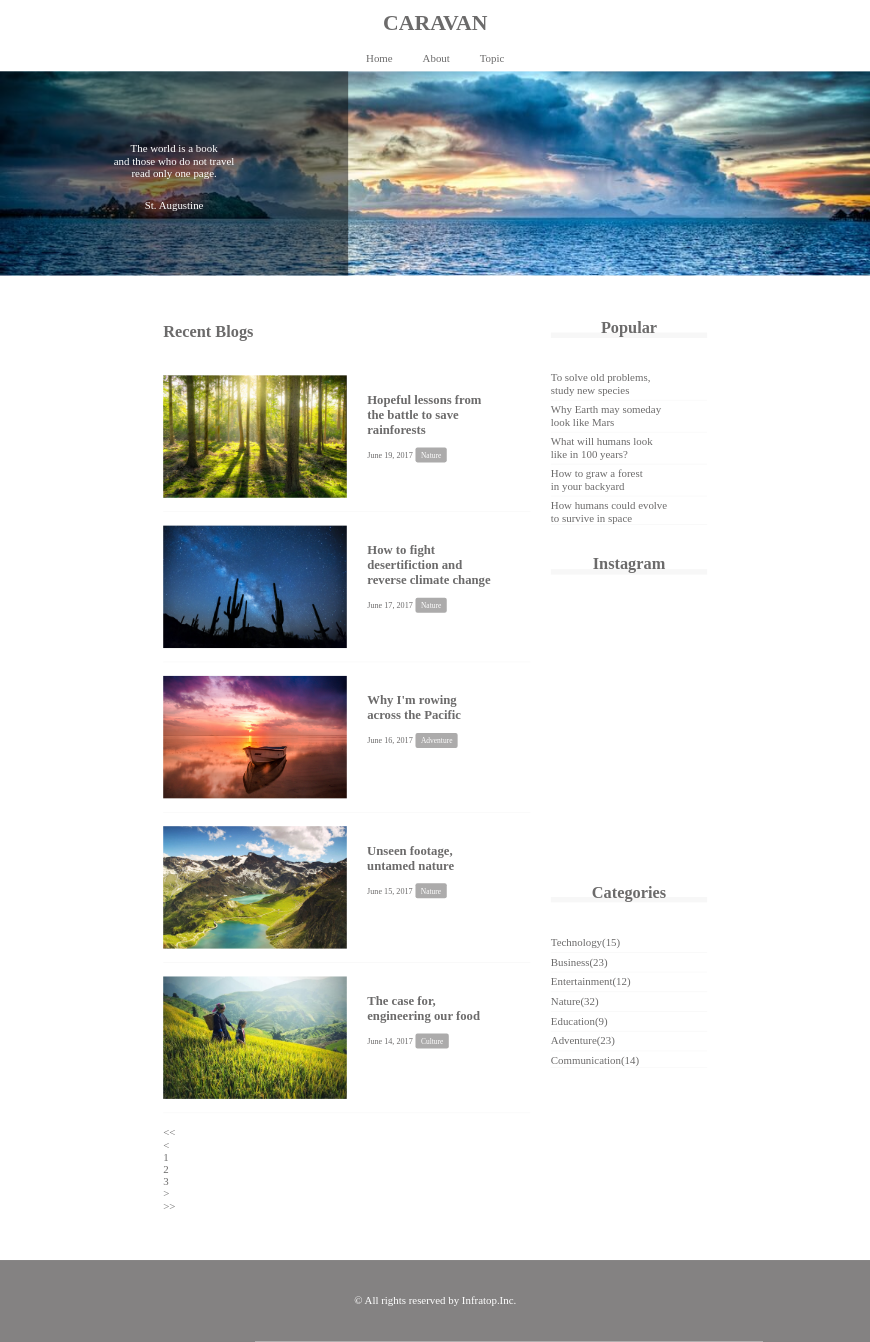
Repository: Yuya0829/HTML
Page: caravan/caravan3/index.html
The author's editor kept a record of every edit. The page is drawn from the files as they stood at one moment, then again after the next edit.
The browser window is 1280 px wide. The pictures show the whole page, at 68% of full size.

Above is the page before.

After the next edit:
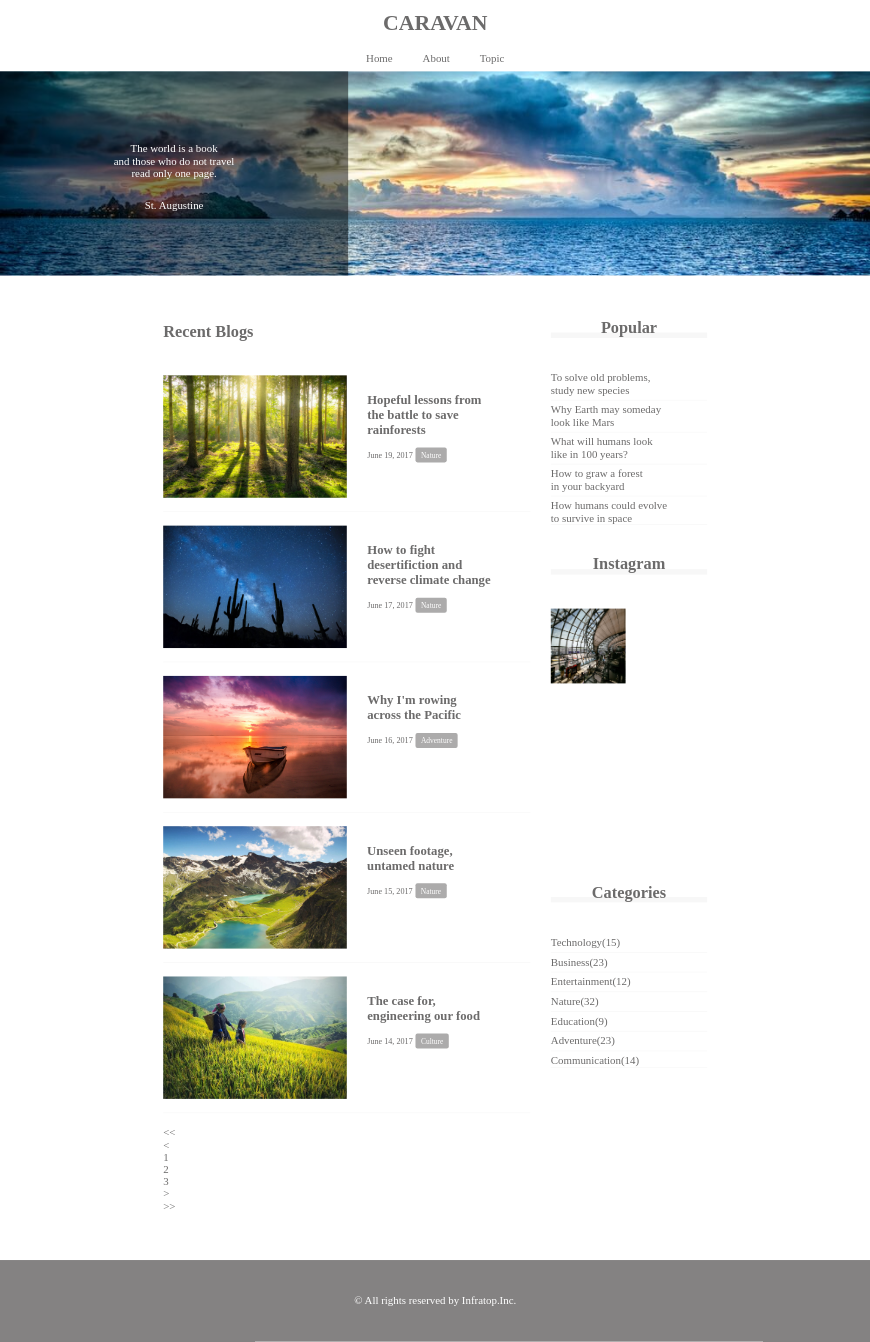
The edit:
--- a/caravan/caravan3/style.css
+++ b/caravan/caravan3/style.css
@@ -155,6 +155,14 @@
   margin-bottom: 10px;
 }
 
+.instagram-box:nth-child(odd) {
+  margin-right: 10px;
+}
+
+.instagram-box:nth-child(1) {
+  background-image: url(img/airport.jpg);
+}
+
 footer {
   width: 100%;
   height: 120px;
